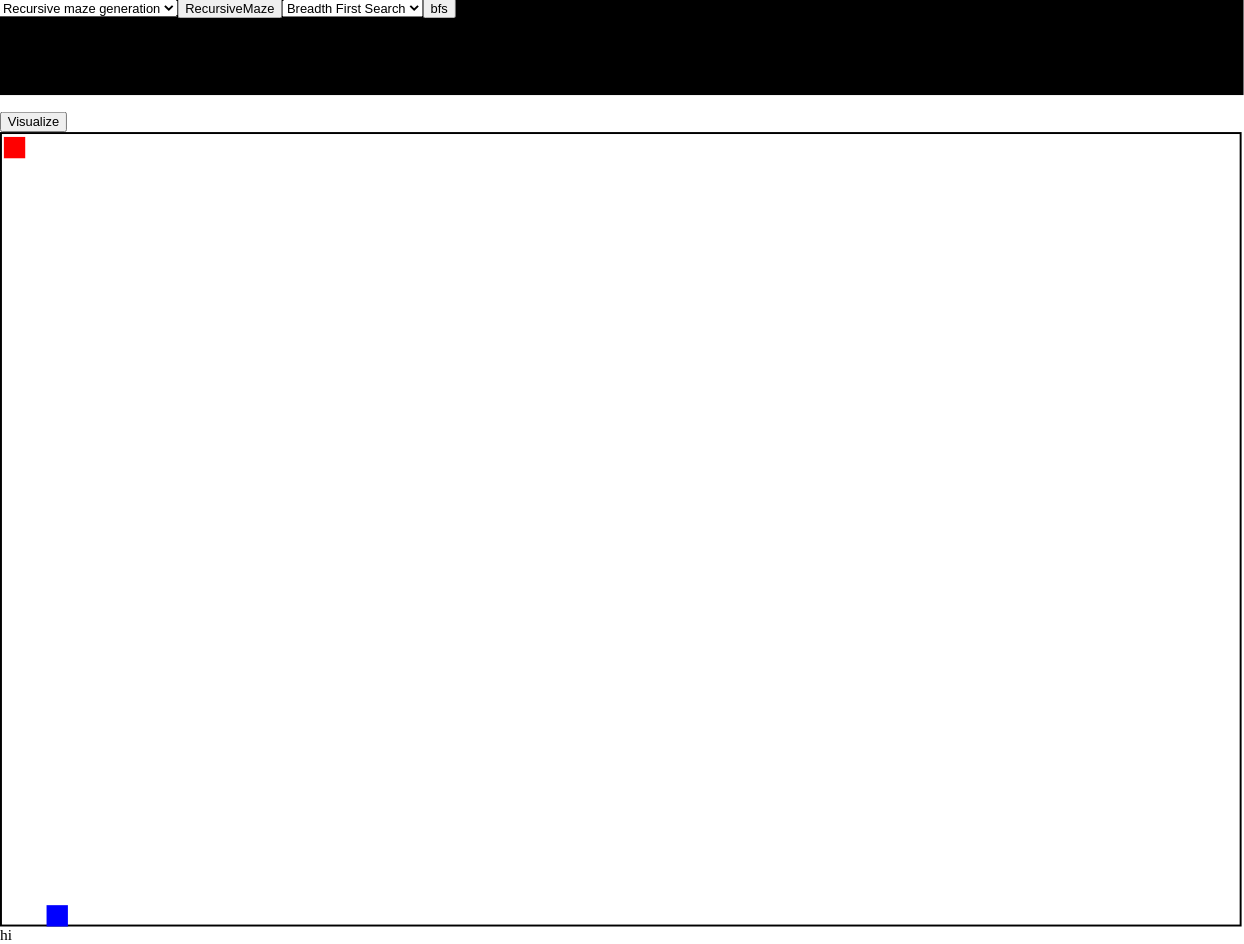
Repository: NikhilJohny/Pathfinding---ReactJS
Page: /
An editor plug-in stored every save of this project. The page is shown before and after the next save, followed by the edit.
The browser window is 1280 px wide. The page is 1282 px wide, so the pictures cover 1282 px, including what lies to the right of the window. The pictures show the whole page, at 97% of full size.
The project was rebuilt for these pictures with package versions that can differ from the ones it lists, and the page was loaded fresh each time.

Above is the page before, as saved 2021-05-18 11:24:36.

After the next save:
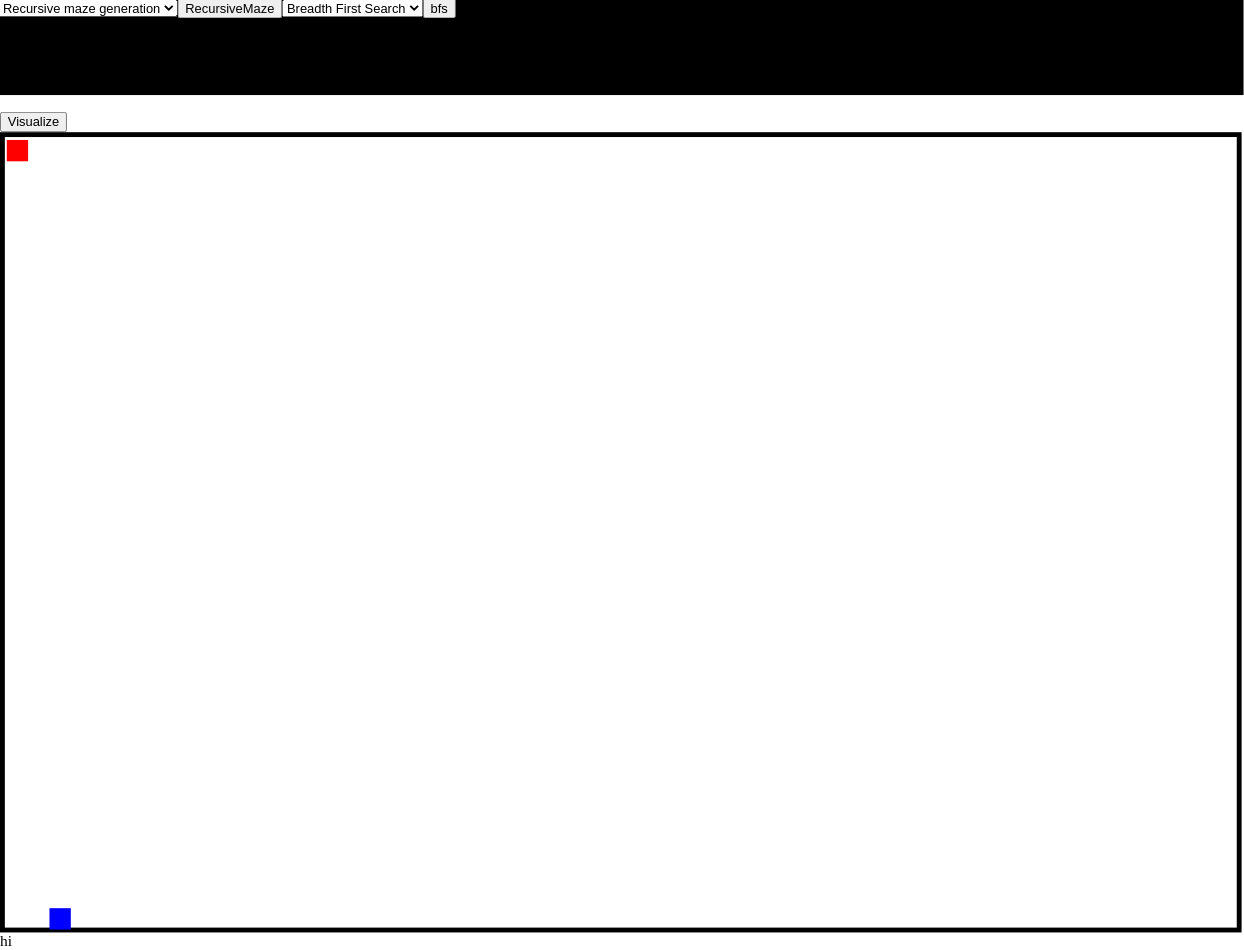
Saved 9 min 55 s later.
--- a/src/Node.css
+++ b/src/Node.css
@@ -1,5 +1,5 @@
 table {
-    border: 2px solid black;
+    border: 5px solid black;
 }
 
 .Header {
